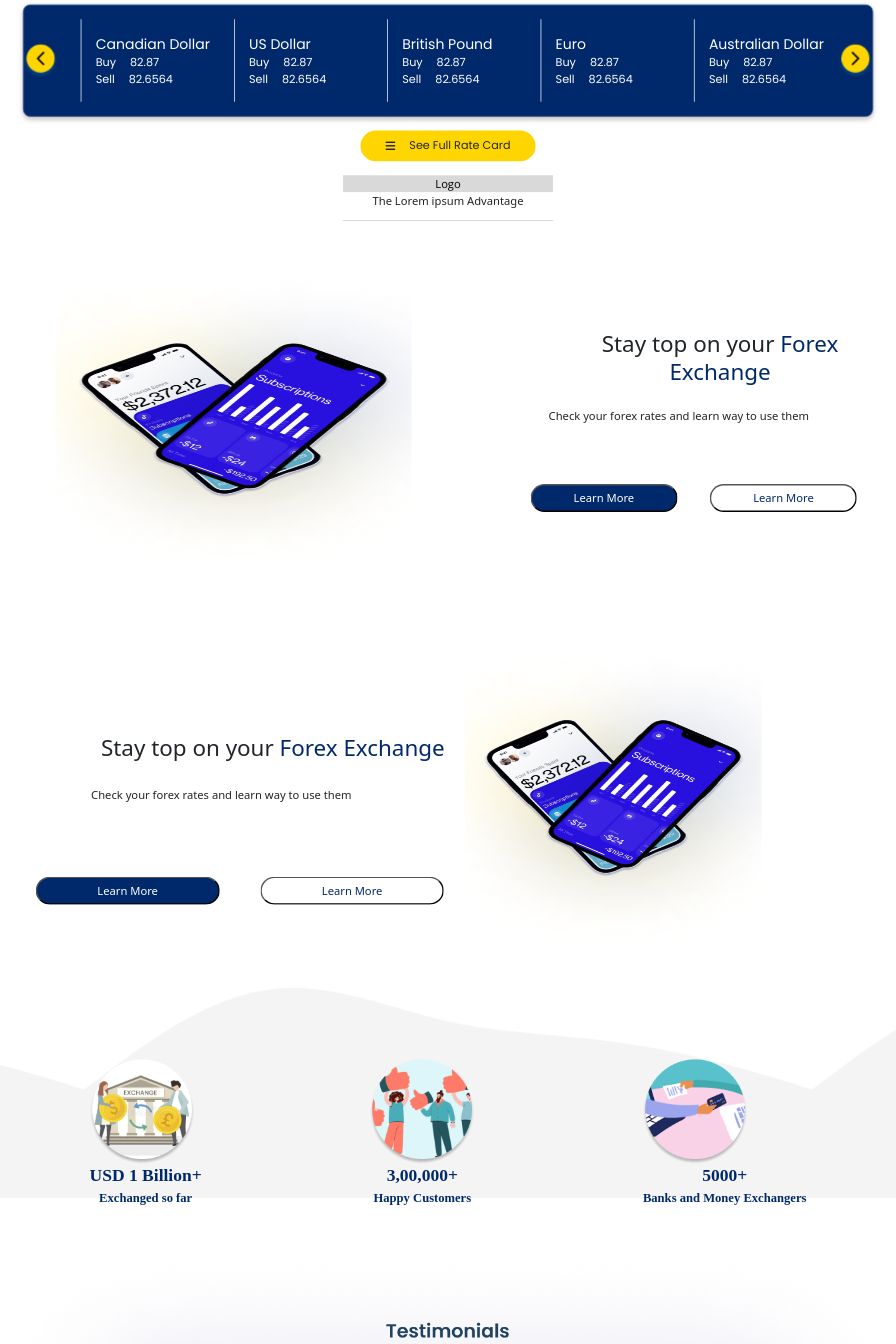
Repository: FlyweisReact/Akshadeep-latest
Page: /
An editor plug-in stored every save of this project. The page is shown before and after the next save, followed by the edit.
The browser window is 1280 px wide. The pictures show the part of the page from y = 779 to 2699 px (the page is 4613 px tall before and 4669 px after), at 70% of full size.
Some web libraries are served in a nearby version. The project was rebuilt for these pictures with package versions that can differ from the ones it lists, and the page was loaded fresh each time. Also part of the build but not shown: src/components/exchange.jsx, src/components/order_p1.jsx, src/components/order_p2.jsx, src/components/faas.jsx, src/components/offer.jsx, src/components/main2.jsx, src/components/home.jsx, src/components/slider.jsx and 6 more.

Above is the page before, as saved 2023-05-23 15:59:14.

### public/index.html
<!DOCTYPE html>
<html lang="en">
  <head>
    <meta charset="utf-8" />
    <link rel="icon" href="%PUBLIC_URL%/favicon.ico" />
    <meta name="viewport" content="width=device-width, initial-scale=1" />
    <meta name="theme-color" content="#000000" />
    <meta
      name="description"
      content="Web site created using create-react-app"
    />
    <link rel="apple-touch-icon" href="%PUBLIC_URL%/logo192.png" />

    <link rel="manifest" href="%PUBLIC_URL%/manifest.json" />
    <link rel="stylesheet" href="https://cdnjs.cloudflare.com/ajax/libs/font-awesome/5.15.3/css/all.min.css" />
    <link href="https://cdn.jsdelivr.net/npm/bootstrap@5.3.0-alpha1/dist/css/bootstrap.min.css" rel="stylesheet" integrity="sha384-GLhlTQ8iRABdZLl6O3oVMWSktQOp6b7In1Zl3/Jr59b6EGGoI1aFkw7cmDA6j6gD" crossorigin="anonymous">
    <title>React App</title>
  </head>
  <body>
    <noscript>You need to enable JavaScript to run this app.</noscript>
    <div id="root"></div>
    <script src="https://kit.fontawesome.com/b533b351e4.js" crossorigin="anonymous"></script>
  </body>
</html>

### src/components/Main.jsx
/** @format */

import React from "react";
import Navbar from "./navbar";
import "react-responsive-carousel/lib/styles/carousel.min.css";
import BottomCont from "./bottom_cont";
import Footer from "./footer";
import img from "../Images/a-7.png";
import img5 from "../Images/a-58.png";
import UpperForm from "./Component/Index/UpperForm";
import UpperSlider from "./Component/Index/UpperSlider";
import CurrencySlider from "./Component/Index/CurrencySlider";

function Main() {
  return (
    <>
      <Navbar />

      <div className="upper-two-component">
        <div className="left-component">
          <UpperForm />
        </div>
        <div className="right-component">
          <UpperSlider />
        </div>
      </div>

      <div className="Index-currency_cont">
        <CurrencySlider />
      </div>

      <div className="Index_center_button">
      <i className="fa-solid fa-bars"></i>
        <p>See Full Rate Card</p>
      </div>

      <div className="Index_center_Div">
        <div className="logo">
          Logo
        </div>
        <p>The Lorem ipsum Advantage</p>
        <hr />
      </div>



      <div className="main-2-cont">
        <div className="main-2-left">
          <img src={img} alt="" />
        </div>
        <div className="main-2-right">
          <h2>
            Stay top on your <spam className="sp">Forex Exchange</spam>
          </h2>
          <p>Check your forex rates and learn way to use them</p>
          <div className="main-2-r-btn">
            <button className="main-2l-btn">Learn More</button>
            <button className="main-2r-btn">Learn More</button>
          </div>
        </div>
      </div>
      <div className="main-3-cont">
        <div className="main-3-left">
          <h2>
            Stay top on your <spam className="sp">Forex Exchange</spam>
          </h2>
          <p>Check your forex rates and learn way to use them</p>
          <div className="main-2-r-btn">
            <button className="main-2l-btn">Learn More</button>
            <button className="main-2r-btn">Learn More</button>
          </div>
        </div>
        <div className="main-3-right">
          <img src={img} alt="" />
        </div>
      </div>
      <BottomCont />
      <Footer />
    </>
  );
}

export default Main;

### src/Style/Header.css
/** @format */

.Sticky-Header-Companent {
  height: 100%;
  background-color: var(--white);
  position: sticky;
  top: 0;
  z-index: 999;
  padding: 20px;
  transition: box-shadow 0.3s ease;
}

.scrolled {
  box-shadow: rgba(0, 0, 0, 0.24) 0px 3px 8px;
}

.Header {
  width: 100%;
  display: flex;
  justify-content: space-between;
  align-items: center;
}

.Header .left-component a {
  font-family: InterFont;
  font-size: 2rem;
  color: #000000;
  cursor: pointer;
  text-decoration: none;
}

.Header .right-component {
  display: flex;
  gap: 20px;
}
.Header .right-component .btn1 {
  font-weight: 500;
  font-size: var(--medium-font);
  color: var(--black);
  background-color: transparent;
  border: none;
}
.Header .right-component .btn2 {
  font-size: var(--medium-font);
  color: var(--white);
  background-color : #00296B;
  border: 1px solid #00296B;
  padding: 10px;
  width: 200px;
  border-radius: var(--half-border);
}

/* Category Drop- Down */
.Drop-Category-Bar {
  display: flex;
  align-items: center;
}
.Drop-Category-Bar .left-container {
  width: 20%;
  padding: 20px;
}

.Drop-Category-Bar .right-Container {
  display: flex;
  width: 60%;
  justify-content: space-evenly;
}

.Drop-Category-Bar .left-container i {
  font-size: var(--medium-font);
  cursor: pointer;
}
.Drop-Category-Bar .right-Container #dropdown-basic {
  border: none;
  font-size: var(--medium-font);
  font-style: normal;
  line-height: 29px;
  color: #333131;
}
.Drop-Category-Bar .right-Container #dropdown-button-drop-end {
  width: 100%;
  display: flex;
  justify-content: space-between;
  gap: 20px;
  align-items: center;
  font-size: var(--small-font);
  border: none;
}
.Drop-Category-Bar .right-Container .dropdown-item {
  width: 100%;
  font-size: var(--small-font);
  border: none;
  padding-left: 12px;
}

/* FullScreen Offcanvas */
.offcanvas.offcanvas-start {
  width: 100% !important;
  background-color: transparent;
}
.offcanvas-backdrop.show {
  opacity: 0.9 !important;
}
.Offcanvas-Menu {
  position: relative;
  padding: 20px;
}
.Offcanvas-Menu .fa-x {
  font-size: var(--medium-font);
  color: #fff;
  position: absolute;
  right: 20px;
  top: 20px;
  cursor: pointer;
}
.Offcanvas-Menu .Menu-Items {
  display: flex;
  justify-content: space-evenly;
  align-items: center;
  position: absolute;
  top: 50%;
  gap: 20px;
  left: 50%;
  transform: translate(-50%, -50%);
  width: 100%;
  padding-left: 5%;
  padding-right: 5%;
}
.Offcanvas-Menu .Menu-Items div {
  width: 20%;
  cursor: pointer;
}
.Offcanvas-Menu .Menu-Items div img {
  display: block;
  margin: auto;
}
.Offcanvas-Menu .Menu-Items div a {
  text-decoration: none;
}
.Offcanvas-Menu .Menu-Items p {
  font-size: var(--medium-font);
  color: #ffffff;
  text-align: center;
  margin-top: 10px;
  font-family: OpenFont;
  text-decoration: none;
  width: 100%;
}

### src/Style/Layout.css
/**
 * Two Section Component
 *
 * @format
 */

.upper-two-component {
  display: flex;
  justify-content: space-evenly;
  padding-top: 20px;
}
.upper-two-component .left-component {
  width: 40%;
}
.upper-two-component .right-component {
  width: 50%;
}

/* Currency Container */
.Index-currency_cont {
  width: 98%;
  margin: auto;
  padding: 20px;
  filter: drop-shadow(0px 4px 4px rgba(0, 0, 0, 0.25));
  padding-top: 5%;
}

/* Rate Button */
.Index_center_button {
  width: 250px;
  background: #ffd500;
  border-radius: 27px;
  display: flex;
  gap: 20px;
  justify-content: center;
  align-items: center;
  padding: 10px;
  margin: auto;
  cursor: pointer;
}
.Index_center_button i {
  margin: 0;
}
.Index_center_button p {
  margin: 0;
  font-family: PoppinFont;
  font-size: var(--extra-small-font);
}

/* Index_center_Div */
.Index_center_Div {
  width: 300px;
  display: block;
  margin: auto;
  padding-top: 20px;
  text-align: center;
}
.Index_center_Div .logo{

    background-color: #D9D9D9;
    color: #000;
    font-family: OpenFont;
    width: ;
}

### src/Style/Component.css
/**
 * Upper Form Component
 *
 * @format
 */

.Index-Upper-Form {
  width: 100%;
  padding-top: 20px;
}
.Index-Upper-Form .button-container {
  display: flex;
  align-items: center;
  justify-content: center;
  gap: 10px;
  width: 100%;
}
.Index-Upper-Form .button-container button {
  background-color: #fff;
  color: #333;
  border: 1px solid #ffd500;
  font-size: var(--small-font);
  cursor: pointer;
  padding: 10px;
  width: 20%;
  font-family: OpenFont;
  border-radius: 4px;
  transition: 0.5s;
}
.Index-Upper-Form .button-container button:hover {
  background: #ffd500;
}
.Index-Upper-Form .form-cont {
  width: 100%;
  margin-top: 10px;
  background: #00296b;
  border: 1px solid #333131;
  box-shadow: 0px 0px 100px 8px rgba(255, 213, 0, 0.3);
  border-radius: 12px;
  position: relative;
  padding: 20px;
}
.Index-Upper-Form .form-cont .form-part-1 .two-cont {
  display: flex;
  justify-content: space-between;
  width: 100%;
}
.Index-Upper-Form .form-cont .form-part-1 .two-cont div {
  width: 45%;
}
.Index-Upper-Form .form-cont .form-part-1 .two-cont div label {
  color: var(--white);
  font-size: var(--extra-small-font);
  font-family: PoppinFont;
  line-height: 24px;
  color: #ffffff;
}

.Index-Upper-Form .form-cont .form-part-1 .two-cont div select {
  width: 100%;
  margin-top: 3px;
  outline: none;
  font-size: var(--extra-small-font);
  color: #897f7f;
  font-family: PoppinFont;
  padding: 10px;
  border-radius: 4px;
  border: 1px solid #897f7f;
}
.Index-Upper-Form .form-cont .form-part-1 .rate {
  font-size: 16px;
  line-height: 24px;
  color: #ffffff;
  margin-top: 10px;
  font-family: PoppinFont;
}
.Index-Upper-Form .form-cont .form-part-1 .two-cont div input {
  width: 100%;
  margin-top: 3px;
  outline: none;
  font-size: var(--extra-small-font);
  color: #897f7f;
  font-family: PoppinFont;
  padding: 10px;
  border-radius: 4px;
  border: 1px solid #897f7f;
}
.Index-Upper-Form .form-cont .form-part-1 .two-cont div input::placeholder {
  color: #897f7f;
}
.Index-Upper-Form .form-cont .form-part-1 .two-cont .two-section {
  display: flex;
  gap: 10px;
  color: var(--white);
  margin-top: 10px;
  align-items: center;
}
.Index-Upper-Form .form-cont .form-part-1 .two-cont .two-section p {
  margin: 0;
  font-family: PoppinFont;
}
.Index-Upper-Form .form-cont .form-part-1 .two-cont .two-section button {
  background-color: #214360;
  outline: none;
  border: 1px solid #214360;
  color: var(--white);
  font-family: PoppinFont;
}
.Index-Upper-Form .form-cont .form-part-1 .two-cont .two-section i {
  color: #ffd500;
}
.Index-Upper-Form .form-cont .form-part-1 .two-cont .two-section .add {
  color: #ffd500;
  text-decoration: underline;
}
.Index-Upper-Form .form-cont .ord-btn {
  font-size: var(--medium-font);
  font-family: PoppinFont;
  background: #ffd500;
  border-radius: 30.2748px;
  border: none;
  width: 40%;
  padding: 10px;
  display: block;
  margin: auto;
  position: absolute;
  top: 98%;
  cursor: pointer;
  left: 50%;
  transform: translate(-50%, -50%);
}

/* Slick Slider */
.slick-slider-Cont {
  position: relative;
}
.slick-slider-Cont .Prev-Next_cont {
  display: flex;
  justify-content: space-between;
}
.slick-slider-Cont .Prev-Next_cont .PrevImg {
  position: absolute;
  top: 50%;
  left: 5%;
  transform: translate(-50%, -50%);
  cursor: pointer;
}
.slick-slider-Cont .Prev-Next_cont .NextImg {
  position: absolute;
  top: 50%;
  left: 95%;
  transform: translate(-50%, -50%);
  cursor: pointer;
}

.Slick-Slider {
  height: 100%;
  padding: 20px;
}
.Slick-Slider .slider-container-div {
  width: 100%;
}
.Slick-Slider .slider-container-div p {
  font-family: PoppinFont;
  font-size: 24px;
  line-height: 40px;
  color: #000;
  text-align: center;
  margin: 0;
}
.Slick-Slider .slider-container-div img {
  display: block;
  margin: auto;
}
.Slick-Slider:focus {
  border: none !important;
}
.Slick-Slider:active {
  border: none !important;
}

.Slick-Slider .slider-container-div .two-comp {
  display: flex;
  justify-content: space-evenly;
  gap: 10px;
}
.Slick-Slider .slider-container-div .two-comp .left-comp {
  width: 45%;
  position: relative;
}
.Slick-Slider .slider-container-div .two-comp .left-comp img {
  position: absolute;
  top: 50%;
  left: 50%;
  transform: translate(-50%, -50%);
}
.Slick-Slider .slider-container-div .two-comp .right-comp {
  width: 60%;
}
.Slick-Slider .slider-container-div .two-comp .right-comp div {
  display: flex;
  padding-top: 20px;
  gap: 20px;
  align-items: center;
}
.Slick-Slider .slider-container-div .two-comp .right-comp p {
  margin: 0;
  font-size: var(--extra-small-font);
  line-height: normal;
  width: 90%;
  text-align: left;
}
.Slick-Slider .slider-container-div .two-comp .right-comp i {
  margin: 0;
  background-color: #00a067;
  color: #fff;
  border-radius: 100%;
  padding: 5px;
}


/* Currency-Slider  */
.currency_slider_cont{
  background-color: #00296B;
  border: 1px solid #00296B;
  border-radius: 10px;
  position: relative;
  width: 100%;
}
.currency_slider_cont .currency_slider{
  height: 100%;
  padding: 20px;
  padding-left: 5%;
  padding-right: 5%;
}
.currency_slider_cont .currency_slider:focus {
  border: none !important;
}
.currency_slider_cont .currency_slider:active {
  border: none !important;
}

.currency_slider_cont .currency_slider .Item{
  color: #fff;
  border-right: 1px solid #fff;
  padding: 20px;
  width: 20%;
}
.currency_slider_cont .currency_slider .Item p{
  margin: 0;
}
.currency_slider_cont .currency_slider .Item .head{
  font-family: PoppinFont;
  font-size: var(--medium-font);
}
.currency_slider_cont .currency_slider .Item .two_sec{
  display: flex;
  align-items: center;
  gap: 20px;
}
.currency_slider_cont .currency_slider .Item .two_sec p{
  font-family: PoppinFont;
font-size: var(--extra-small-font);
}
.currency_slider_cont .Prev-Next_cont {
  display: flex;
  justify-content: space-between;
}
.currency_slider_cont .Prev-Next_cont .PrevImg {
  position: absolute;
  top: 50%;
  left: 2%;
  transform: translate(-50%, -50%);
  cursor: pointer;
}
.currency_slider_cont .Prev-Next_cont .NextImg {
  position: absolute;
  top: 50%;
  left: 98%;
  transform: translate(-50%, -50%);
  cursor: pointer;
}

.slick-prev:before {
  display: none !important;
}
.slick-next:before{
  display: none
  ;
}

### src/components/navbar.jsx
import Header from "./Layout/Header";

const Navbar = () => {
  return (
    <>
      <Header />

    </>
  );
};

export default Navbar;

### src/components/bottom_cont.jsx
import React from "react";
import img from "../Images/a-33.png";
import img2 from "../Images/a-34.png";
import img3 from "../Images/a-35.png";
import img4 from "../Images/a-36.png";
import img5 from "../Images/a-37.png";
import img6 from "../Images/a-51.png";

const BotCont = () => {
  return (
    <>
      <div className="bot-part-1">
        <div className="bot-cont-imgs">
          <div>
            <img src={img} />
            <h6>USD 1 Billion+</h6>
            <p>Exchanged so far</p>
          </div>
          <div>
            <img src={img2} />
            <h6>3,00,000+</h6>
            <p>Happy Customers</p>
          </div>
          <div>
            <img src={img3} />
            <h6>5000+</h6>
            <p>Banks and Money Exchangers</p>
          </div>
        </div>
      </div>
      <div className="bot-part-3">
        <img src={img6} />
      </div>
      <div className="bot-part-2">
        <h3>Media Mentions</h3>
        <div className="bot-part-2-sub">
          <div className="bot-cont-card">
            <h4>Loren Ipsum Id best Platform out there</h4>
            <p>
              Lorem Ipsum is simply dummy text of the printing and typesetting
              industry. Lorem Ipsum has been the industry's standard dummy text
              ever since the 1500s, when an unknown printer took a galley of
              type and scrambled it to make a type specimen book.
            </p>
            <div className="thin-line"></div>
            <div className="bot-cont-card-2">
              <img src={img4} />
              <p>5 star</p>
            </div>
          </div>
          <div className="bot-cont-card">
            <h4>Loren Ipsum Id best Platform out there</h4>
            <p>
              Lorem Ipsum is simply dummy text of the printing and typesetting
              industry. Lorem Ipsum has been the industry's standard dummy text
              ever since the 1500s, when an unknown printer took a galley of
              type and scrambled it to make a type specimen book.
            </p>
            <div className="thin-line"></div>
            <div className="bot-cont-card-2">
              <img src={img5} style={{height:"40px"}} />
              <p>5 star</p>
            </div>
          </div>
        </div>
      </div>
    </>
  );
};

export default BotCont;

### src/components/footer.jsx
import React from "react";

const Footer = () => {
  return (
    <footer className="footer">
      <div className="footer-cont">
        <div className="foot-row">
          <div className="foot-col">
            <h3>Company</h3>
            <p>About Us</p>
            <p>Contact Us</p>
            <p>Careers</p>
          </div>
          <div className="foot-col">
            <h3>Services</h3>
            <p>Prepaid Travel Card</p>
            <p>Foreign Demand Draft</p>
            <p>Foreign Currency</p>
            <p>Educational Loans</p>
            <p>Remmittance</p>
            <p>Travel Insurance</p>
            <p>Forex as a Service (Faas Solution)</p>
          </div>
          <div className="foot-col">
            <h3>Quick Links</h3>
            <p>FAQs</p>
            <p>Cancellation & Refund Policy</p>
            <p>Forex Rates</p>
            <p>Our Policies</p>
            <p>Terms of Use</p>
            <p>Site Map</p>
            <p>Offers</p>
          </div>
          <div className="foot-col">
            <h3>Insight</h3>
            <p>Blogs</p>
            <p>Press Release</p>
            <p>Foreign Currency</p>
            <p>Educational Loans</p>
            <p>Remmittance</p>
            <p>Travel Insurance</p>
            <p>Forex as a Service (Faas Solution)</p>
          </div>
          <div className="foot-col">
            <h3>Registered Office Address</h3>
            <p>Lorem Ipsum Pvt ltd.</p>
            <p>P-701 to P-705 lorem ipsum , 7th floor, 11th tower, panchsheel primerose, vatista
                , Gurugram, Hariyana
            </p>
            {/*<ul className="social-icons">
              <li>
                <a href="#">
                  <i className="fab fa-facebook-f"></i>
                </a>
              </li>
              <li>
                <a href="#">
                  <i className="fab fa-twitter"></i>
                </a>
              </li>
              <li>
                <a href="#">
                  <i className="fab fa-linkedin"></i>
                </a>
              </li>
              <li>
                <a href="#">
                  <i className="fab fa-instagram"></i>
                </a>
              </li>
            </ul>*/}
          </div>
        </div>
      </div>
      <div className="footer-bottom">
        <p>&copy; 2023 Forex Inc. All Rights Reserved.</p>
      </div>
    </footer>
  );
};

export default Footer;

### src/components/signup.jsx
import Button from "react-bootstrap/Button";
import Modal from "react-bootstrap/Modal";

function MyVerticallyCenteredModal(props) {
  return (
    <Modal
      {...props}
      size="lg"
      aria-labelledby="contained-modal-title-vcenter"
      centered
    >
      <Modal.Body>
        <div className="popupe-container">
          <div className="popupe">
            <span className="close" onClick={props.onHide}>
              &times;
            </span>
            <h2 className="form-title">Register</h2>
            <form>
              <div class="form-groupe">
                <label for="name" className="label-inp">Name</label>
                <input type="text" id="name" name="name" placeholder="Enter your name here" />
              </div>
              <div class="form-groupe">
                <label for="mobile" className="label-inp">Mobile Number</label>
                <input type="email" id="email" name="email" placeholder="Enter your mobile no here"/>
              </div>
              <div class="form-groupe">
                <label for="email" className="label-inp">Email</label>
                <input type="email" id="email" name="email" placeholder="Enter your email here"/>
              </div>
              <button type="submit" className="btn-form-submit">Submit</button>
            </form>
            <h2 className="form-title">Or</h2>
            <div className="form-bot-cont">
              <div className="left-btn">
                  <button className="btn-2">
                  <i class="fab fa-facebook-f fc" ></i>
                  facebook</button>
              </div>
              <div className="right-btn">
                  <button className="btn-2">
                  <i class="fab fa-google-plus-g gl"></i>
                    Google</button>
              </div>
            </div>
            </div>
          </div>
      </Modal.Body>
    </Modal>
  );
}

export default MyVerticallyCenteredModal;

### src/components/login.jsx

import Modal from "react-bootstrap/Modal";

function MyVerticallyCenteredModal(props) {
  return (
    <Modal
      {...props}
      size="lg"
      aria-labelledby="contained-modal-title-vcenter"
      centered
    >
      <Modal.Body>
        <div className="popupe-container">
          <div className="popupe">
            <span className="close" onClick={props.onHide}>
              &times;
            </span>
            <h2 className="form-title">Login</h2>
            <form>
              <div class="form-groupe">
                <label for="name" className="label-inp">Mobile Number/ Email Id</label>
                <input type="text" id="name" name="name" placeholder="Enter mobile number/ email Id" />
              </div>
              <button type="submit" className="btn-form-submit">Submit</button>
            </form>
            </div>
            <h2 className="form-title">Or</h2>
            <div className="form-bot-cont">
              <div className="left-btn">
                  <button className="btn-2">
                  <i class="fab fa-facebook-f fc" ></i>
                  facebook</button>
              </div>
              <div className="right-btn">
                  <button className="btn-2">
                  <i class="fab fa-google-plus-g gl"></i>
                    Google</button>
              </div>
            </div>
          </div>
      </Modal.Body>
    </Modal>
  );
}

export default MyVerticallyCenteredModal;

Loaded but not shown: src/Json/menu.json (187 lines, source omitted); src/components/Component/Index/UpperSlider.js (180 lines, source omitted); src/components/Component/Index/CurrencySlider.js (162 lines, source omitted); src/components/Component/Index/UpperForm.js (74 lines, source omitted); src/components/Layout/DropBar.js (60 lines, source omitted); src/components/Layout/Sidebar.js (70 lines, source omitted); src/App.js (50 lines, source omitted); src/components/Layout/Header.js (56 lines, source omitted); src/index.js (13 lines, source omitted); src/index.css (2406 lines, source omitted)

After the next save:
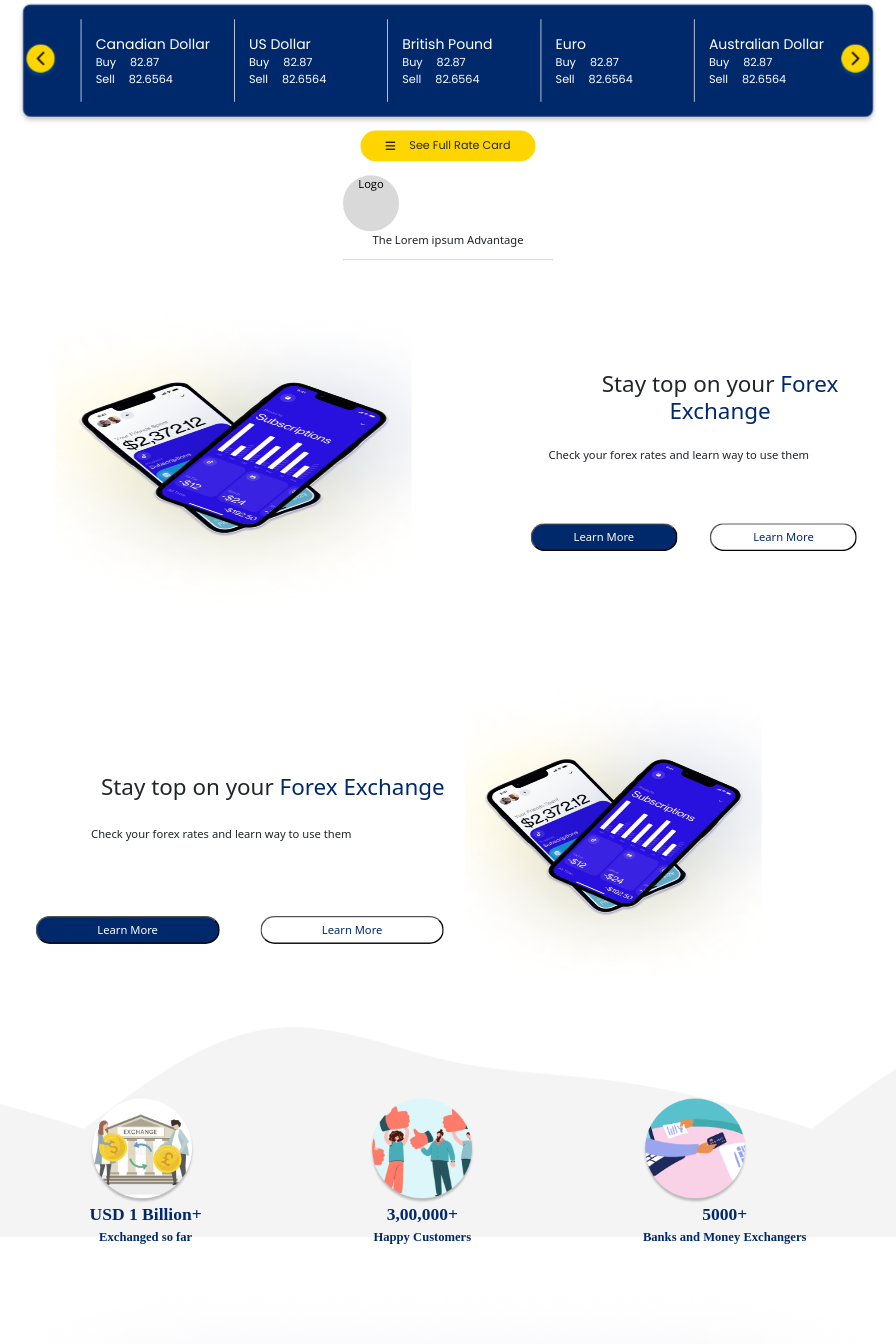
Saved 18 s later.
--- a/src/Style/Layout.css
+++ b/src/Style/Layout.css
@@ -60,5 +60,7 @@
     background-color: #D9D9D9;
     color: #000;
     font-family: OpenFont;
-    width: ;
+    width: 80px;
+height: 80px;
+border-radius: 100%;
 }
